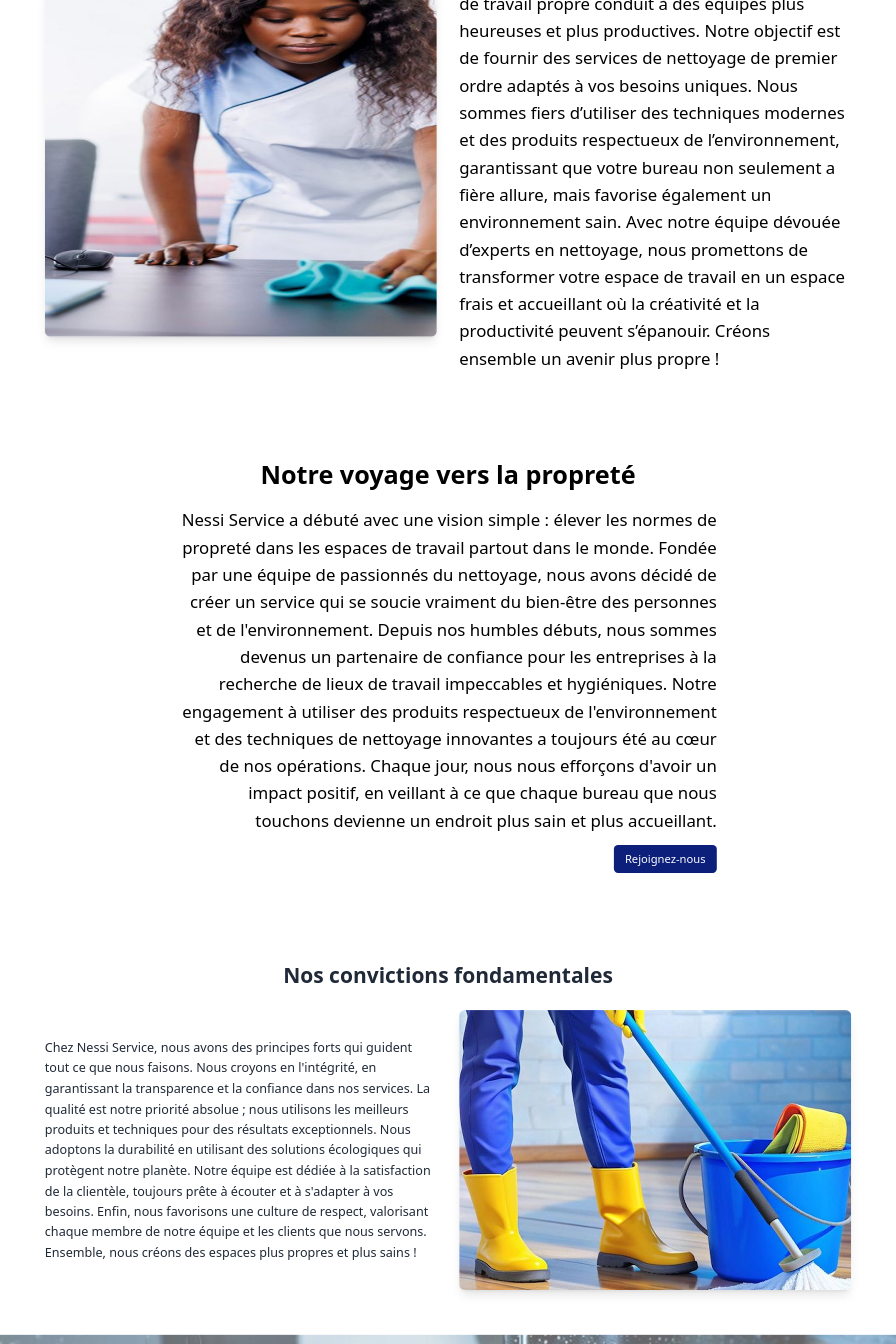
Repository: MDiouf9/Nessi
Page: /About
An editor plug-in stored every save of this project. The page is shown before and after the next save, followed by the edit.
The browser window is 1280 px wide. The pictures show the part of the page from y = 810 to 2730 px (the page is 3557 px tall), at 70% of full size.
The project was rebuilt for these pictures with package versions that can differ from the ones it lists, and the page was loaded fresh each time. Also part of the build but not shown: vite.config.js, src/Global.css, src/App.css, src/Pages/Home.jsx, src/Pages/NotFound.jsx, src/components/Countries.jsx, src/Pages/Services.jsx, src/Pages/Contact.jsx.

Above is the page before, as saved 2025-03-10 18:48:35.

### src/main.jsx
import { StrictMode } from 'react'
import { createRoot } from 'react-dom/client'
import './index.css'
import './Global.css'
import App from './App.jsx'

createRoot(document.getElementById('root')).render(
  <StrictMode>
    <App />
  </StrictMode>,
)

### src/index.css
@tailwind base;
@tailwind components;
@tailwind utilities;
























/* :root {
  font-family: Inter, system-ui, Avenir, Helvetica, Arial, sans-serif;
  line-height: 1.5;
  font-weight: 400;

  color-scheme: light dark;
  color: rgba(255, 255, 255, 0.87);
  background-color: #242424;

  font-synthesis: none;
  text-rendering: optimizeLegibility;
  -webkit-font-smoothing: antialiased;
  -moz-osx-font-smoothing: grayscale;
}

a {
  font-weight: 500;
  color: #646cff;
  text-decoration: inherit;
}
a:hover {
  color: #535bf2;
}

body {
  margin: 0;
  display: flex;
  place-items: center;
  min-width: 320px;
  min-height: 100vh;
}

h1 {
  font-size: 3.2em;
  line-height: 1.1;
}

button {
  border-radius: 8px;
  border: 1px solid transparent;
  padding: 0.6em 1.2em;
  font-size: 1em;
  font-weight: 500;
  font-family: inherit;
  background-color: #1a1a1a;
  cursor: pointer;
  transition: border-color 0.25s;
}
button:hover {
  border-color: #646cff;
}
button:focus,
button:focus-visible {
  outline: 4px auto -webkit-focus-ring-color;
}

@media (prefers-color-scheme: light) {
  :root {
    color: #213547;
    background-color: #ffffff;
  }
  a:hover {
    color: #747bff;
  }
  button {
    background-color: #f9f9f9;
  }
} */

### src/App.jsx

import { BrowserRouter , Routes, Route  } from "react-router-dom"
// import reactLogo from './assets/react.svg'
// import viteLogo from '/vite.svg'
import './App.css'
import Home from './Pages/Home'
import NotFound from './Pages/NotFound'
import About from './Pages/About'
import Countries from './components/Countries'
import Services from './Pages/Services'
import Contact from './Pages/Contact'


function App() {

  return (
    <>
     <BrowserRouter>
      <Routes>
        <Route path="/"  element={<Home />} />
        <Route path='/About' element={<About/>} />
        <Route path='/Services' element={<Services/>} />
        <Route path='/Contact' element={<Contact/>} />
        <Route path='/Countries' element={<Countries/>} />
        <Route path='*' element={<NotFound/>} />
      </Routes>
    </BrowserRouter>

    </>
  )
}

export default App

### src/Pages/About.jsx

import Header from '../components/Header'
import SectionWithImage from '../components/Sectionlesft'
import regulier from "../assets/fememenage.png";
import propre from "../assets/mrpropre.png";
import SectionWithTitle from '../components/SectionTitle';
import OurJourneySection from '../components/SectionTexte';
import laveur from "../assets/laveur vitre.png";
import Footer from '../components/Footer';


const About = () => {
  return (
    <div>

        <Header/>
        <section className="bg-[#312783] text-white py-16 flex justify-center items-center">
      <h1 className="text-4xl md:text-6xl font-bold">PURE EXCELLENCE</h1>
    </section>
    {/* section 2 */}
    <section className=" text-white py-16 flex justify-center items-center">
      <h1 className="text-4xl md:text-6xl font-bold"> <section className=" text-black py-16 flex justify-center items-center">
      <h1 className="text-4xl md:text-6xl font-bold text-center">Engagé pour votre espace <br /> propre !</h1>
    </section></h1>
    </section>

        <SectionWithImage
             imageSrc={regulier} // Image à afficher
             altText="Nettoyage en action" // Texte alternatif
             title="" // Titre de la section
             content="Chez Nessi Service, nous pensons qu’un espace de travail propre conduit à des équipes plus heureuses et plus productives. Notre objectif est de fournir des services de nettoyage de premier ordre adaptés à vos besoins uniques. Nous sommes fiers d’utiliser des techniques modernes et des produits respectueux de l’environnement, garantissant que votre bureau non seulement a fière allure, mais favorise également un environnement sain. Avec notre équipe dévouée d’experts en nettoyage, nous promettons de transformer votre espace de travail en un espace frais et accueillant où la créativité et la productivité peuvent s’épanouir. Créons ensemble un avenir plus propre !"
           />

<OurJourneySection />


<SectionWithTitle
  imageSrc={propre}
  altText="Nettoyage professionnel"
  title="Nos convictions fondamentales"
  content=" Chez Nessi Service, nous avons des principes forts qui guident tout ce que nous faisons. Nous croyons en l'intégrité, en garantissant la transparence et la confiance dans nos services. La qualité est notre priorité absolue ; nous utilisons les meilleurs produits et techniques pour des résultats exceptionnels. Nous adoptons la durabilité en utilisant des solutions écologiques qui protègent notre planète. Notre équipe est dédiée à la satisfaction de la clientèle, toujours prête à écouter et à s'adapter à vos besoins. Enfin, nous favorisons une culture de respect, valorisant chaque membre de notre équipe et les clients que nous servons. Ensemble, nous créons des espaces plus propres et plus sains !"
/>


<section className="relative bg-cover bg-center py-16 h-96 flex items-center justify-center"
      style={{ backgroundImage: `url(${laveur})` }}>

      {/* Overlay transparent */}
      <div className="absolute inset-0 bg-white bg-opacity-40"></div>

      {/* Texte au milieu */}
      <h2 className="relative text-2xl md:text-3xl font-bold text-black text-center px-6">
        Un espace propre inspire la créativité et la productivité.
        <br />Choisissez <span className="text-[#312783]">Nessi Service</span> pour briller!
      </h2>

    </section>
  <Footer/>
    </div>
  )
}

export default About

### src/components/Header.jsx
import  { useState } from "react";
import { Link } from "react-router-dom";
import logo from "../assets/logo1.png";

const navLinks = [
  { name: "Accueil", path: "/" },
  { name: "À propos", path: "/about" },
  { name: "Nos services", path: "/services" },
  { name: "Contact", path: "/contact" }
];

const Header = () => {
  const [isMenuOpen, setIsMenuOpen] = useState(false); // État pour gérer l'ouverture du menu mobile

  return (
    <header className="bg-[#312783] text-white p-4 shadow-lg">
      <div className="container mx-auto flex justify-between items-center">
        {/* Logo */}
        <img src={logo} alt="Logo" className="h-20" />

        {/* Menu burger pour mobile */}
        <button
          className="lg:hidden text-white text-2xl"
          onClick={() => setIsMenuOpen(!isMenuOpen)}
          aria-label="Toggle Menu"
        >
          {isMenuOpen ? (
            <span>&#10005;</span>  // Croix de fermeture du menu
          ) : (
            <span>&#9776;</span>  // Icône hamburger
          )}
        </button>

        {/* Navigation */}
        <nav className={`lg:flex ${isMenuOpen ? "block" : "hidden"} lg:bg-transparent bg-[#312783]`}>
          <ul className="lg:flex lg:space-x-8 flex-col lg:flex-row space-y-4 lg:space-y-0 p-6 lg:p-0">
            {navLinks.map((link, index) => (
              <li key={index} className="relative">
                <Link
                  to={link.path}
                  className="hover:text-gray-300 text-lg transition-colors duration-300 ease-in-out"
                >
                  {link.name}
                </Link>
                {/* Ajouter une barre sous le lien actif */}
              </li>
            ))}
          </ul>
        </nav>
      </div>


    </header>
  );
};

export default Header;

### src/components/Footer.jsx
import { FaFacebook, FaInstagram, FaLinkedin, FaTwitter, FaPhone, FaMapMarkerAlt, FaEnvelope } from "react-icons/fa";
import logo from "../assets/logo1.png";

const Footer = () => {
  return (
    <div>
        <footer className="bg-[#0B1F7B] text-white py-10">
    <div className="flex ">
          <img src={logo} alt="Logo" className="h-28" />
        </div>
      <div className="container mx-auto px-6">


        {/* Première section */}
        <div className="flex flex-col lg:flex-row justify-between items-start mt-8 gap-8">
          {/* Première colonne */}
          <div className="lg:w-1/3 flex flex-col items-center text-center">
            <p className="mt-4 text-lg">
              NESSI Service garantit des services de nettoyage professionnels pour un espace propre, sain et accueillant.
            </p>
            <h2 className="py-4">SUIVEZ NOUS:</h2>
            <div className="mt-4 flex space-x-4">

              <a href="#" className="text-gray-300 hover:text-white">
                <FaFacebook size={24} />
              </a>
              <a href="#" className="text-gray-300 hover:text-white">
                <FaInstagram size={24} />
              </a>
              <a href="#" className="text-gray-300 hover:text-white">
                <FaLinkedin size={24} />
              </a>
              <a href="#" className="text-gray-300 hover:text-white">
                <FaTwitter size={24} />
              </a>
            </div>
          </div>

          {/* Deuxième colonne */}
          <div className="lg:w-1/3 flex flex-col items-center">
            <h3 className="text-xl font-bold">Navigation</h3>
            <ul className="mt-4 space-y-2 text-center">
              <li><a href="/services" className="hover:text-gray-300">Services</a></li>
              <li><a href="/" className="hover:text-gray-300">Accueil</a></li>
              <li><a href="/services" className="hover:text-gray-300">Nos Services</a></li>
              <li><a href="/about" className="hover:text-gray-300">À propos de nous</a></li>
            </ul>
          </div>

          {/* Troisième colonne */}
          <div className="lg:w-1/3 flex flex-col items-center">
            <h3 className="text-xl font-bold">Contact</h3>
            <ul className="mt-4 space-y-4 text-center">
              <li className="flex items-center justify-center gap-2">
                <FaPhone className="text-gray-300" />
                +221 77 096 41 65
              </li>
              <li className="flex items-center justify-center gap-2">
                <FaMapMarkerAlt className="text-gray-300" />
                Dakar, Sénégal, HLM 4, Villa n°1195
              </li>
              <li className="flex items-center justify-center gap-2">
                <FaEnvelope className="text-gray-300" />
                <a href="mailto:nessiservice@gmail.com" className="hover:text-gray-300">nessiservice@gmail.com</a>
              </li>
            </ul>
          </div>
        </div>

        {/* Texte footer avec mentions légales et copyright */}

      </div>
    </footer>
    <div className="mx-2   py-2 ">
          <p className="text-sm">Mentions légales  Conditions de confidentialité @Bysouadou © 2024 NESSI Service. Tous droits réservés.


          </p>
        </div>
         </div>
  );
};

export default Footer;

### src/components/Sectionlesft.jsx
const SectionWithImage = ({ imageSrc, altText, title, content }) => {
    return (
      <section className="bg-white py-16 px-6 md:px-16">
        <div className="container mx-auto flex flex-col md:flex-row items-center gap-8">
          {/* Image à gauche */}
          <div className="md:w-1/2 flex justify-aound items-center">
            <img src={imageSrc} alt={altText} className="w-full h-full max-h-[500px] object-center  rounded-lg shadow-lg" />
          </div>

          {/* Texte à droite */}
          <div className="md:w-1/2 flex flex-col justify-center h-full">
            <h2 className="text-3xl font-bold mb-4">{title}</h2>
            <p className="text-2xl leading-relaxed">{content}</p>
          </div>
        </div>
      </section>
    );
  };

  export default SectionWithImage;

### src/components/SectionTitle.jsx
const SectionWithTitle = ({ imageSrc, altText, title, content }) => {
    return (
      <section className="bg-white py-16 px-6 md:px-16">
        <div className="container mx-auto text-center mb-8">
          <h2 className="text-3xl font-bold text-gray-800">{title}</h2>
        </div>

        <div className="container mx-auto flex flex-col md:flex-row items-center gap-8">
          {/* Texte à gauche */}
          <div className="md:w-1/2 flex flex-col justify-center h-full text-gray-800">
            <p className="text-lg leading-relaxed">{content}</p>
          </div>

          {/* Image à droite */}
          <div className="md:w-1/2 flex justify-center items-center">
            <img src={imageSrc} alt={altText} className="w-full h-full max-h-[400px] object-cover rounded-lg shadow-lg" />
          </div>
        </div>
      </section>
    );
  };

  export default SectionWithTitle;

### src/components/SectionTexte.jsx
const OurJourneySection = () => {
    return (
      <section className="text-black py-16 px-6 md:px-16">
        <div className="container mx-auto text-center">
          {/* Titre */}
          <h2 className="text-4xl font-bold mb-6">Notre voyage vers la propreté</h2>

          {/* Texte + bouton aligné à gauche */}
          <div className="max-w-3xl mx-auto text-right">
            <p className="text-2xl text leading-relaxed">
              Nessi Service a débuté avec une vision simple : élever les normes de propreté dans les espaces de travail partout dans le monde.
              Fondée par une équipe de passionnés du nettoyage, nous avons décidé de créer un service qui se soucie vraiment du bien-être des personnes et de l'environnement.
              Depuis nos humbles débuts, nous sommes devenus un partenaire de confiance pour les entreprises à la recherche de lieux de travail impeccables et hygiéniques.
              Notre engagement à utiliser des produits respectueux de l'environnement et des techniques de nettoyage innovantes a toujours été au cœur de nos opérations.
              Chaque jour, nous nous efforçons d'avoir un impact positif, en veillant à ce que chaque bureau que nous touchons devienne un endroit plus sain et plus accueillant.
            </p>

            {/* Bouton aligné à gauche */}
            <div className="mt-4">
              <button className="bg-[#0B1F7B] px-4 py-2 text-white rounded-md">Rejoignez-nous</button>
            </div>
          </div>
        </div>
      </section>
    );
  };

  export default OurJourneySection;

Loaded but not shown: index.html (common file); tailwind.config.js (common file)

After the next save:
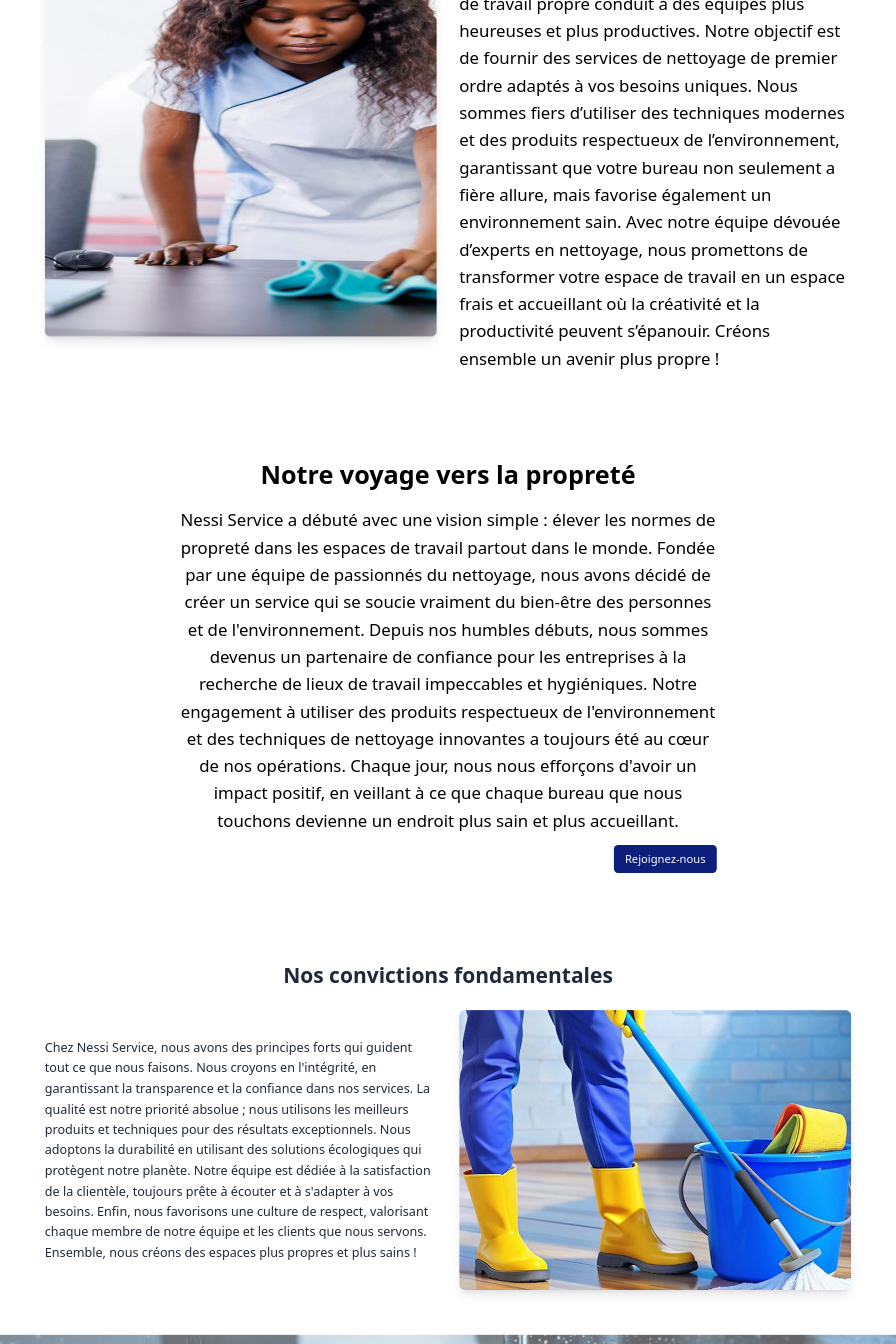
Saved 5 s later.
--- a/src/components/SectionTexte.jsx
+++ b/src/components/SectionTexte.jsx
@@ -7,7 +7,7 @@ const OurJourneySection = () => {
 
           {/* Texte + bouton aligné à gauche */}
           <div className="max-w-3xl mx-auto text-right">
-            <p className="text-2xl text leading-relaxed">
+            <p className="text-2xl text-center leading-relaxed">
               Nessi Service a débuté avec une vision simple : élever les normes de propreté dans les espaces de travail partout dans le monde.
               Fondée par une équipe de passionnés du nettoyage, nous avons décidé de créer un service qui se soucie vraiment du bien-être des personnes et de l'environnement.
               Depuis nos humbles débuts, nous sommes devenus un partenaire de confiance pour les entreprises à la recherche de lieux de travail impeccables et hygiéniques.
